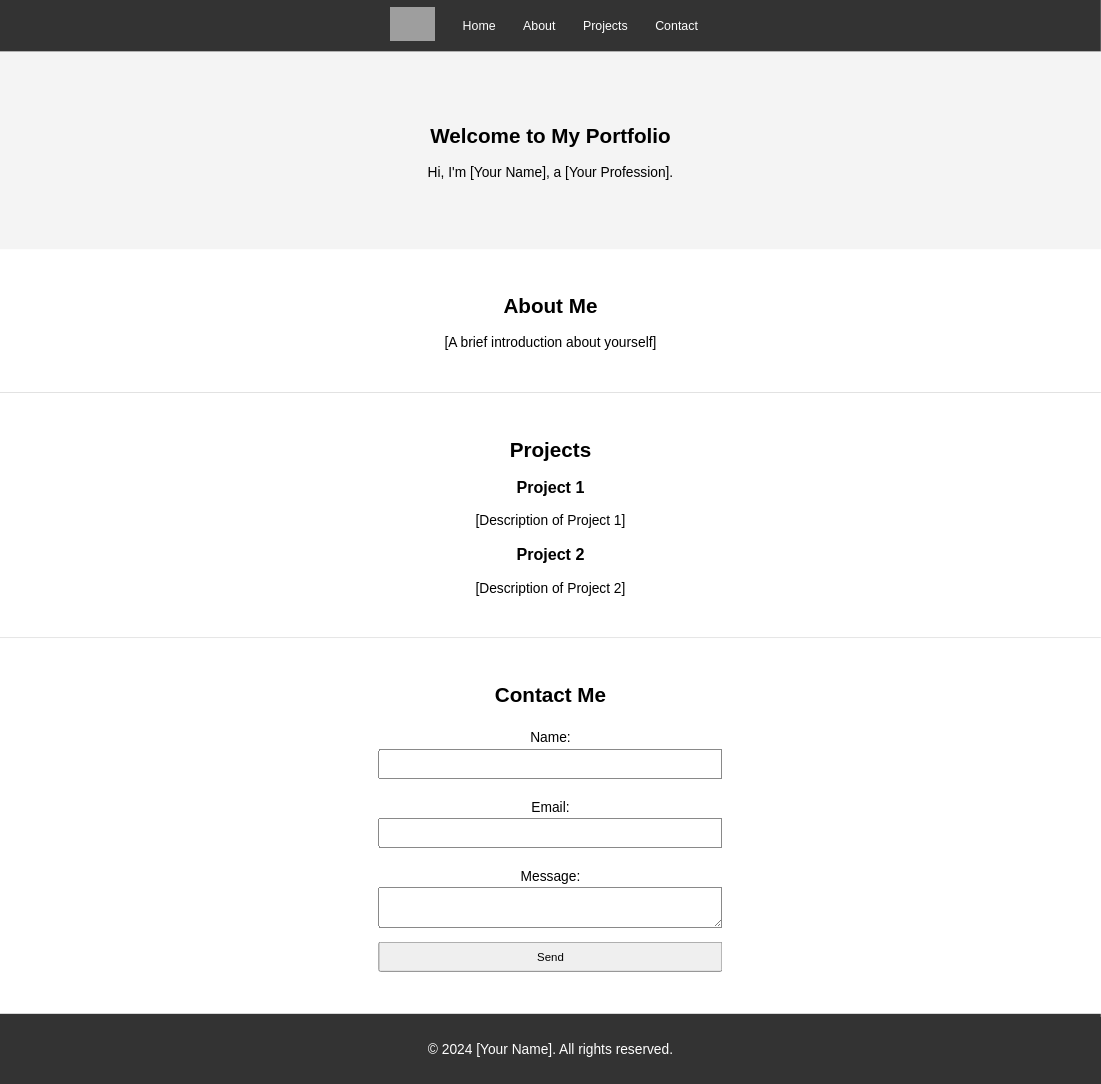
Repository: 4Kbrain/Portofolio
Page: index.html
These files come from the project's save history. The page is drawn as it stood at one moment and after the next save; the edit follows.
The browser window is 1280 px wide. The pictures show the whole page, at 86% of full size.
Pictures or frames that could not be fetched are drawn as grey boxes.

Above is the page before, as saved 2024-05-15 07:42:05.

After the next save:
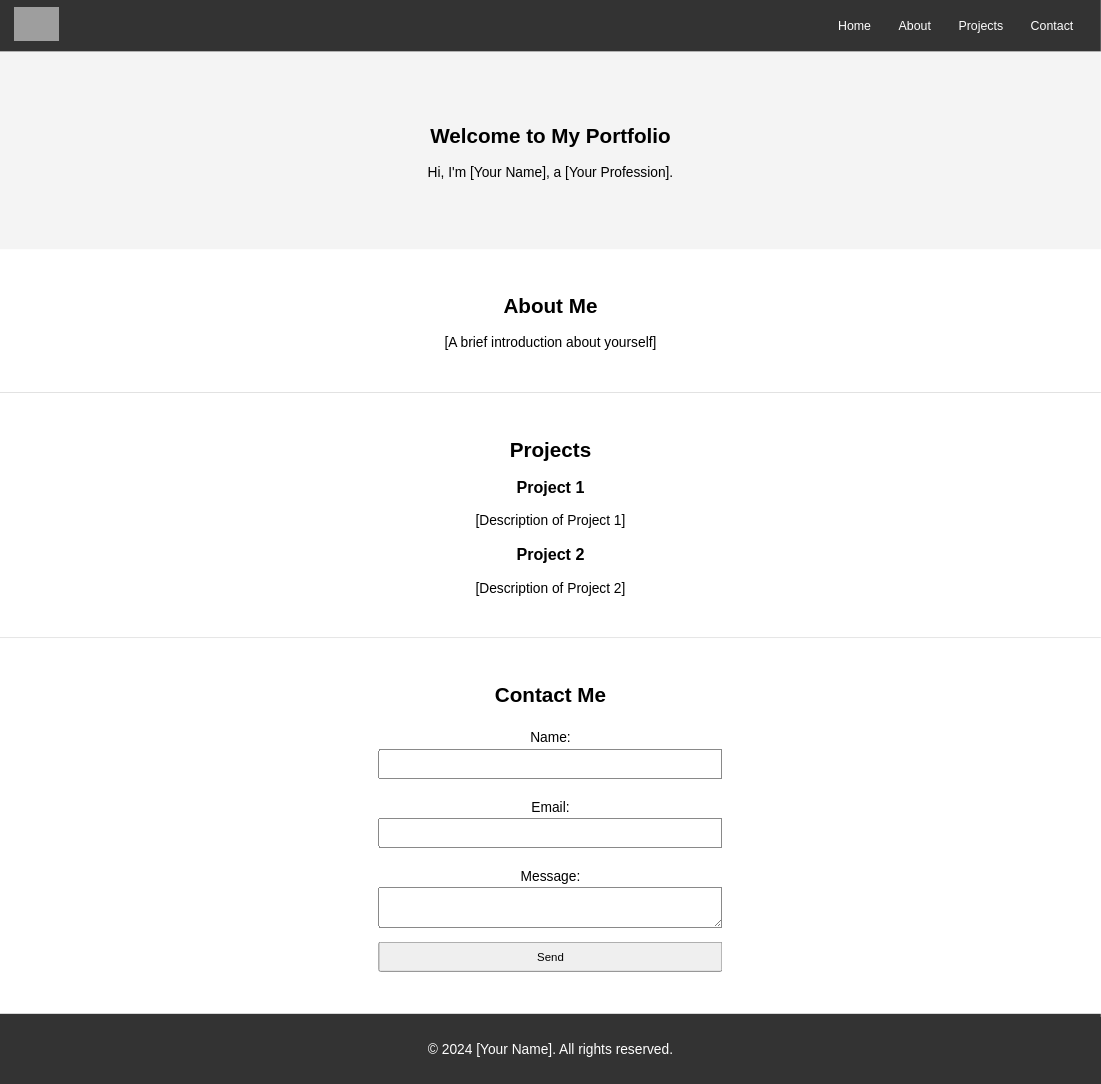
Saved 95 s later.
--- a/styles.css
+++ b/styles.css
@@ -8,19 +8,17 @@ body {
 header {
     background-color: #333;
     color: white;
-    padding: 0.5rem 0;
-    text-align: center;
+    padding: 0.5rem 1rem;
 }
 
 nav {
     display: flex;
-    justify-content: center;
+    justify-content: space-between;
     align-items: center;
 }
 
 nav .logo img {
     height: 40px; /* Adjust the height of the logo as needed */
-    margin-right: 1rem;
 }
 
 nav ul {
